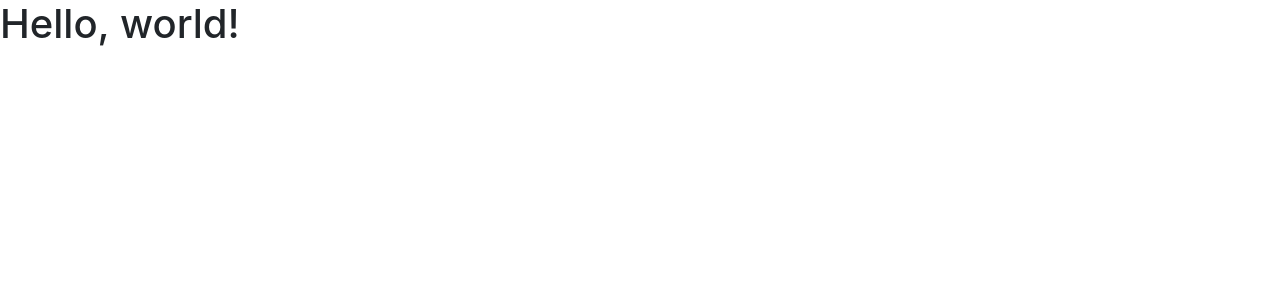
Repository: HarshViijay/spring-boot
Page: http://localhost/springmvcnew/home
These files come from the project's save history. The page is drawn as it stood at one moment and after the next save; the edit follows.
The browser window is 1280 px wide. The pictures show the whole page.
Some web libraries are served in a nearby version. The page is served by Tomcat 9. Other server files are loaded and not shown.

Above is the page before, as saved 2023-03-11 18:05:57.

### springmvcnew/src/main/webapp/WEB-INF/pages/home.jsp
<%@ page language="java" contentType="text/html; charset=UTF-8"
    pageEncoding="UTF-8"%>
<!doctype html>
<html lang="en">
  <head>
    <!-- Required meta tags -->
    <meta charset="utf-8">
    <meta name="viewport" content="width=device-width, initial-scale=1, shrink-to-fit=no">

    <!-- Bootstrap CSS -->
    <link rel="stylesheet" href="https://cdn.jsdelivr.net/npm/bootstrap@4.0.0/dist/css/bootstrap.min.css" integrity="sha384-Gn5384xqQ1aoWXA+058RXPxPg6fy4IWvTNh0E263XmFcJlSAwiGgFAW/dAiS6JXm" crossorigin="anonymous">

    <title>Hello, world!</title>
  </head>
  <body>
    <h1>Hello, world!</h1>

    <!-- Optional JavaScript -->
    <!-- jQuery first, then Popper.js, then Bootstrap JS -->
    <script src="https://code.jquery.com/jquery-3.2.1.slim.min.js" integrity="sha384-KJ3o2DKtIkvYIK3UENzmM7KCkRr/rE9/Qpg6aAZGJwFDMVNA/GpGFF93hXpG5KkN" crossorigin="anonymous"></script>
    <script src="https://cdn.jsdelivr.net/npm/popper.js@1.12.9/dist/umd/popper.min.js" integrity="sha384-ApNbgh9B+Y1QKtv3Rn7W3mgPxhU9K/ScQsAP7hUibX39j7fakFPskvXusvfa0b4Q" crossorigin="anonymous"></script>
    <script src="https://cdn.jsdelivr.net/npm/bootstrap@4.0.0/dist/js/bootstrap.min.js" integrity="sha384-JZR6Spejh4U02d8jOt6vLEHfe/JQGiRRSQQxSfFWpi1MquVdAyjUar5+76PVCmYl" crossorigin="anonymous"></script>
  </body>
</html>

After the next save:
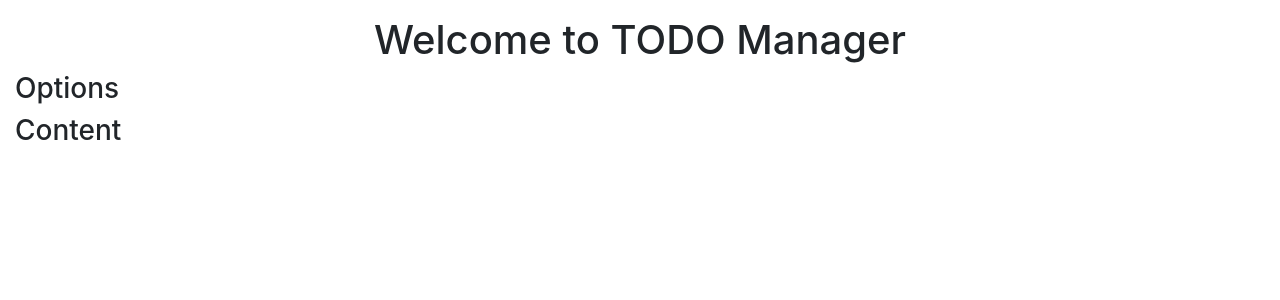
Saved 4 min 52 s later.
--- a/springmvcnew/src/main/webapp/WEB-INF/pages/home.jsp
+++ b/springmvcnew/src/main/webapp/WEB-INF/pages/home.jsp
@@ -10,10 +10,22 @@
     <!-- Bootstrap CSS -->
     <link rel="stylesheet" href="https://cdn.jsdelivr.net/npm/bootstrap@4.0.0/dist/css/bootstrap.min.css" integrity="sha384-Gn5384xqQ1aoWXA+058RXPxPg6fy4IWvTNh0E263XmFcJlSAwiGgFAW/dAiS6JXm" crossorigin="anonymous">
 
-    <title>Hello, world!</title>
+    <title>Our ToDo App</title>
   </head>
   <body>
-    <h1>Hello, world!</h1>
+
+  <div class="cotainer mt-3">
+  	<h1 class="text-center">Welcome to TODO Manager</h1>
+
+  	<div class="col-md-6">
+  		<h3>Options</h3>
+  	</div>
+
+  	<div class="col-md-6">
+  		<h3>Content</h3>
+  	</div>
+  </div>
+
 
     <!-- Optional JavaScript -->
     <!-- jQuery first, then Popper.js, then Bootstrap JS -->
